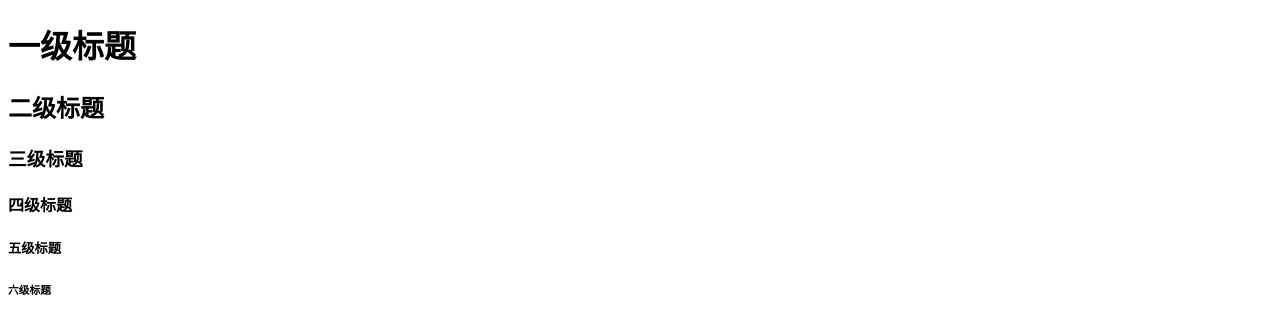
Repository: ls02/VSCode
Page: Java/2022/6-28-1/Test.html
The author's editor kept a copy of each file at every save. The page is drawn from the files as they stood at one save, then again after the next save.
The browser window is 1280 px wide. The pictures show the whole page.

Above is the page before, as saved 2022-06-28 16:12:46.

After the next save:
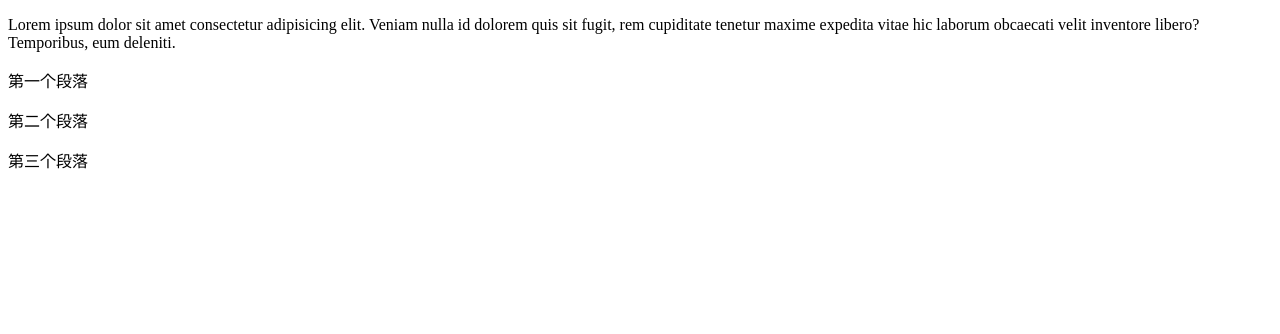
Saved 8 min 13 s later.
--- a/Java/2022/6-28-1/Test.html
+++ b/Java/2022/6-28-1/Test.html
@@ -2,7 +2,7 @@
  * @Author: ls02 <2877455773@qq.com>
  * @Date: 2022-06-28 16:01:52
  * @LastEditors: ls02 <2877455773@qq.com>
- * @LastEditTime: 2022-06-28 16:12:45
+ * @LastEditTime: 2022-06-28 16:20:58
  * @FilePath: \Java\2022\6-28-1\Test.html
  * @Description:
  *
@@ -17,11 +17,11 @@
     <title>我的标题</title>
 </head>
 <body>
-    <h1>一级标题</h1>
-    <h2>二级标题</h2>
-    <h3>三级标题</h3>
-    <h4>四级标题</h4>
-    <h5>五级标题</h5>
-    <h6>六级标题</h6>
+    <!-- lorem随机生成一句话 -->
+    <!-- <p>lorem</p> -->
+    <p>Lorem ipsum dolor sit amet consectetur adipisicing elit. Veniam nulla id dolorem quis sit fugit, rem cupiditate tenetur maxime expedita vitae hic laborum obcaecati velit inventore libero? Temporibus, eum deleniti.</p>
+    <p>第一个段落</p>
+    <p>第二个段落</p>
+    <p>第三个段落</p>
 </body>
 </html>
